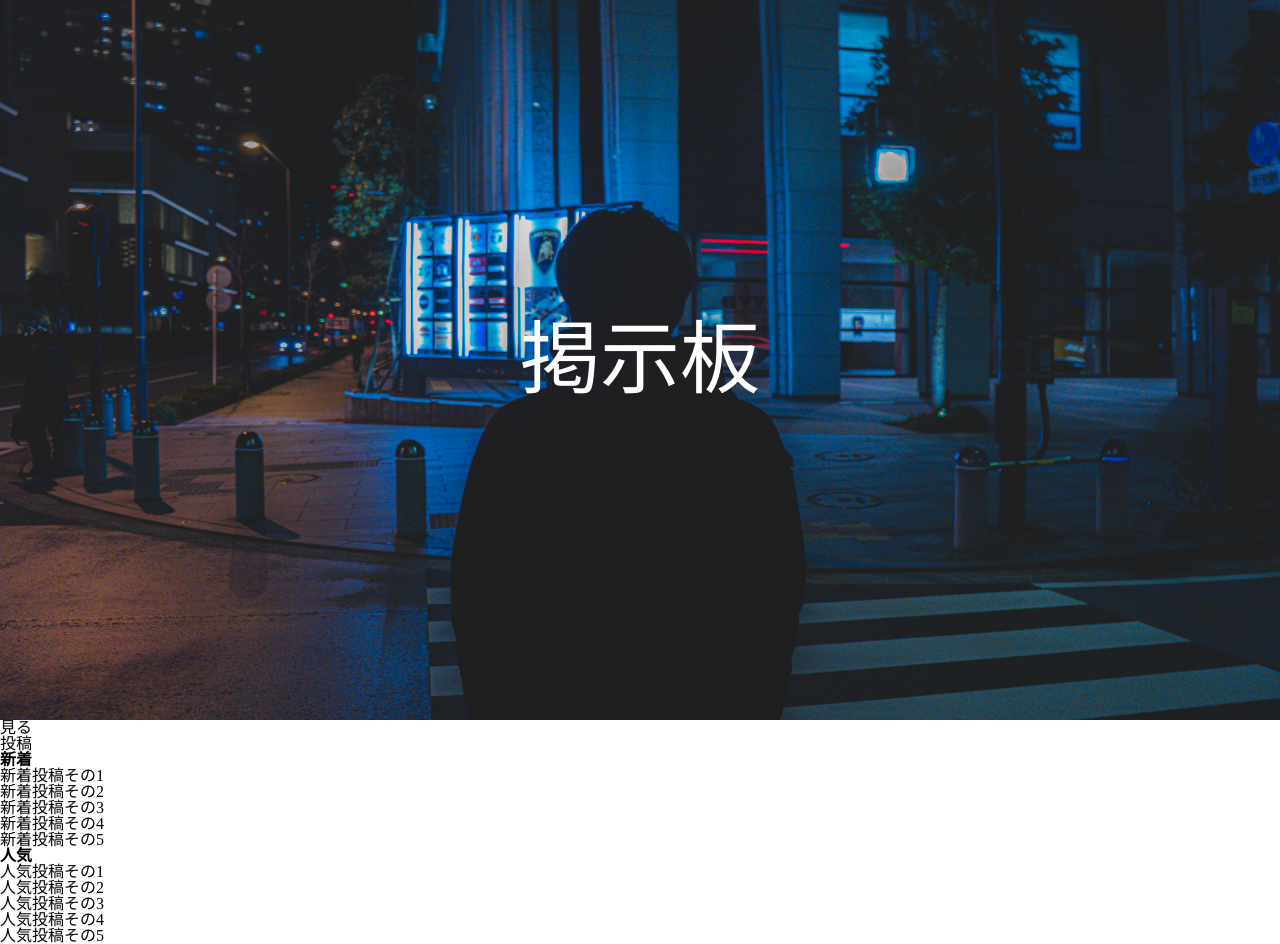
Repository: KustomApe/LandorusInc
Page: index.html
The author's editor kept a copy of each file at every save. The page is drawn from the files as they stood at one save, then again after the next save.
The browser window is 1280 px wide. The pictures show the whole page.

Above is the page before, as saved 2021-07-24 12:59:44.

### index.html
<!DOCTYPE html>
<html lang="ja">
<head>
    <meta charset="UTF-8">
    <meta http-equiv="X-UA-Compatible" content="IE=edge">
    <meta name="viewport" content="width=device-width, initial-scale=1.0">
    <title>掲示板</title>
    <link rel="stylesheet" href="./assets/css/html5doctor.css">
    <link rel="stylesheet" href="./assets/css/style.css">
</head>
<body>
<div id="wrap">
    <div id="main_img">
        <h1>掲示板</h1>
    </div>
    <div class="contents">
        <ul>
            <li>見る</li>
            <li>投稿</li>
        </ul>
        <h2>新着</h2>
        <ul>
            <li>新着投稿その1</li>
            <li>新着投稿その2</li>
            <li>新着投稿その3</li>
            <li>新着投稿その4</li>
            <li>新着投稿その5</li>
        </ul>
        <h2>人気</h2>
        <ul>
            <li>人気投稿その1</li>
            <li>人気投稿その2</li>
            <li>人気投稿その3</li>
            <li>人気投稿その4</li>
            <li>人気投稿その5</li>
        </ul>
    </div>
</div>
</body>
</html>

### assets/css/html5doctor.css
html, body, div, span, object, iframe,
h1, h2, h3, h4, h5, h6, p, blockquote, pre,
abbr, address, cite, code,
del, dfn, em, img, ins, kbd, q, samp,
small, strong, sub, sup, var,
b, i,
dl, dt, dd, ol, ul, li,
fieldset, form, label, legend,
table, caption, tbody, tfoot, thead, tr, th, td,
article, aside, canvas, details, figcaption, figure,
footer, header, hgroup, menu, nav, section, summary,
time, mark, audio, video {
    margin:0;
    padding:0;
    border:0;
    outline:0;
    font-size:100%;
    vertical-align:baseline;
    background:transparent;
}

body {
    line-height:1;
}

article,aside,details,figcaption,figure,
footer,header,hgroup,menu,nav,section {
    display:block;
}

nav ul {
    list-style:none;
}

blockquote, q {
    quotes:none;
}

blockquote:before, blockquote:after,
q:before, q:after {
    content:'';
    content:none;
}

a {
    margin:0;
    padding:0;
    font-size:100%;
    vertical-align:baseline;
    background:transparent;
}

/* change colours to suit your needs */
ins {
    background-color:#ff9;
    color:#000;
    text-decoration:none;
}

/* change colours to suit your needs */
mark {
    background-color:#ff9;
    color:#000;
    font-style:italic;
    font-weight:bold;
}

del {
    text-decoration: line-through;
}

abbr[title], dfn[title] {
    border-bottom:1px dotted;
    cursor:help;
}

table {
    border-collapse:collapse;
    border-spacing:0;
}

/* change border colour to suit your needs */
hr {
    display:block;
    height:1px;
    border:0;
    border-top:1px solid #cccccc;
    margin:1em 0;
    padding:0;
}

input, select {
    vertical-align:middle;
}

### assets/css/style.css
@charset "utf-8";

body {
    width: 100%;
    max-width: 1920px;
}

div#main_img {
    position: relative;
    display: block;
    width: 100%;
    height: 100vh;
    background: url('../img/main.jpg');
    background-size: cover;
}

div#main_img h1 {
    position: absolute;
    top: 50%;
    left: 50%;
    transform: translate(-50%, -50%);
    -webkit-transform: translate(-50%, -50%);
    -ms-transform: translate(-50%, -50%);
    color: #fff;
    font-size: 5rem;
    font-weight: lighter;
}

After the next save:
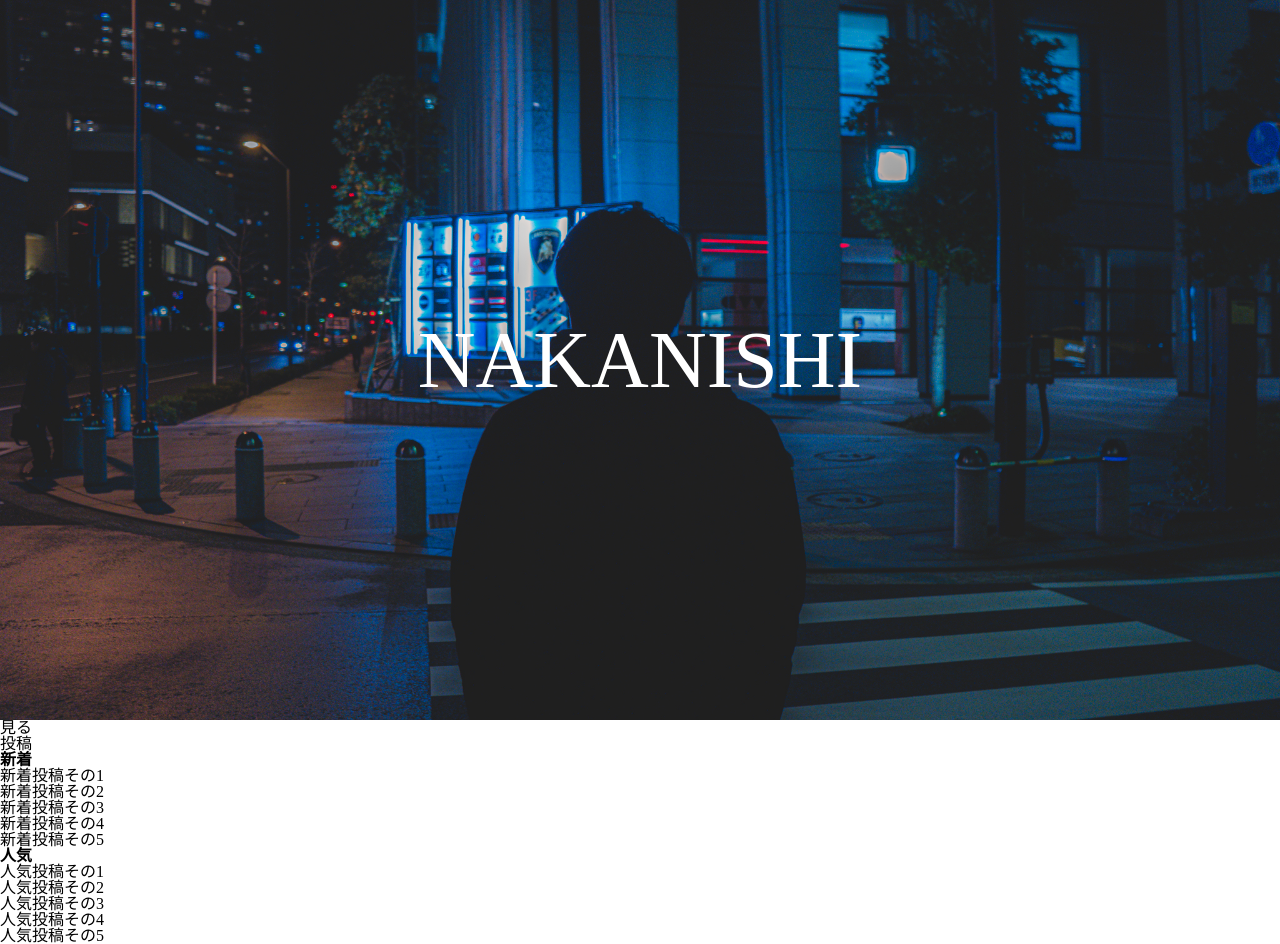
Saved 14 s later.
--- a/index.html
+++ b/index.html
@@ -11,7 +11,7 @@
 <body>
 <div id="wrap">
     <div id="main_img">
-        <h1>掲示板</h1>
+        <h1>NAKANISHI</h1>
     </div>
     <div class="contents">
         <ul>
